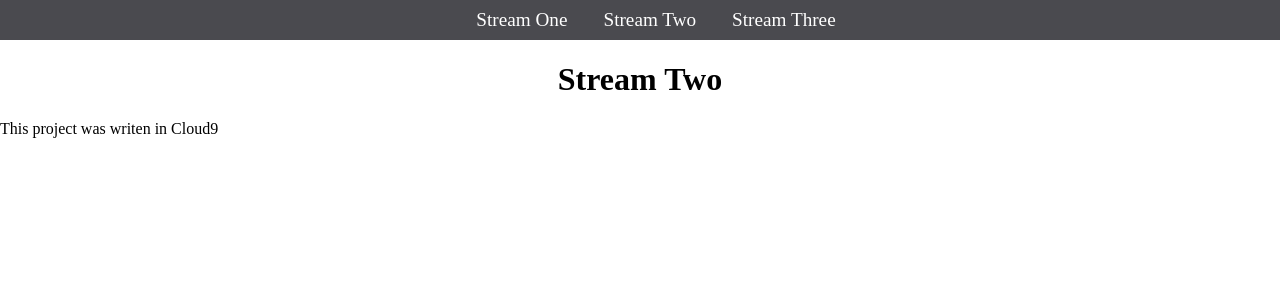
Repository: TiffanyDonner/Stuff
Page: stream-two.html
The author's editor kept a record of every edit. The page is drawn from the files as they stood at one moment, then again after the next edit.
The browser window is 1280 px wide. The pictures show the whole page.

Above is the page before.

### stream-two.html
<!DOCTYPE html>
<html>
    <head>
        <title>Stream Two</title>
        <link rel="stylesheet" href="css/style.css" type="text/css" />
    </head>
    <body>
        <nav>
            <ul>
                <li><a href="stream-one.html">Stream One</a></li>
                <li><a href="stream-two.html">Stream Two</a></li>
                <li><a href="stream-three.html">Stream Three</a></li>
            </ul>
        </nav>
        <h1>Stream Two</h1>
        <p>This project was writen in Cloud9</p>
    </body>
</html>

### css/style.css
body {
    margin: 0;
    padding: 0;
    font-family: "Oswald", san-serif;
}

nav ul {
    list-style: none;
    background-color: #4a4a4f;
    text-align: center;
    margin: 0;
    padding: 0;
}

nav li {
    font-size: 1.2em;
    line-height: 40px;
    height: 40px;
    display: inline-block;
    margin-left: 2.5%;
}

nav a {
    text-decoration: none;
    color: #ffffff;
    display: block;
}

nav a:hover {
    background-color: #ffffff;
    color: #4a4a4f;
}

.card {
    float: left;
    width: 20%;
    margin-left: 10%
}

.card a {
    text-align: center;

}

img {
    width: 100%;

}

h1 {
    text-align: center;
}

After the next edit:
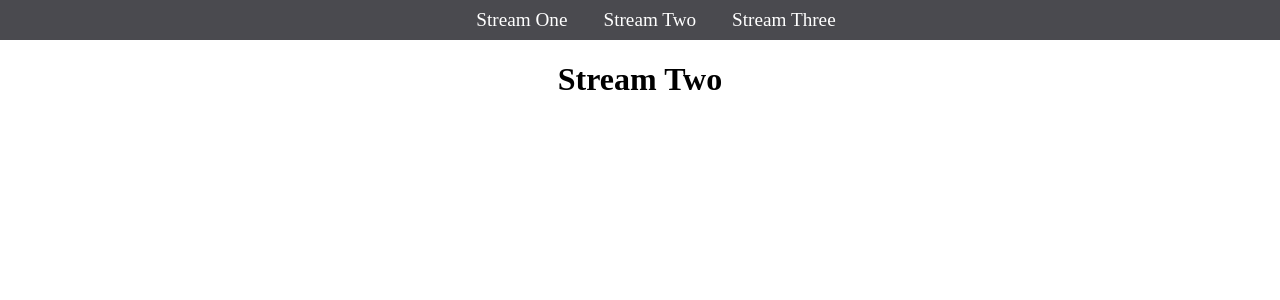
The edit:
--- a/stream-two.html
+++ b/stream-two.html
@@ -13,6 +13,11 @@
             </ul>
         </nav>
         <h1>Stream Two</h1>
-        <p>This project was writen in Cloud9</p>
+        <div class="card">
+            <a href="">
+                <img src=""/>
+                <h2></h2>
+            </a>
+        </div>
     </body>
 </html>
